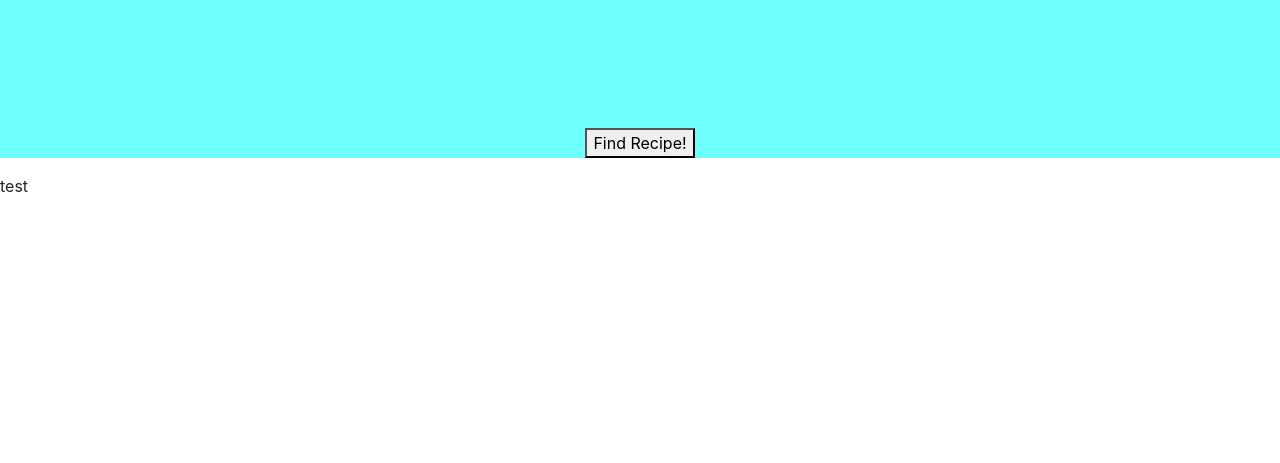
Repository: harness787/recipe-generator
Page: index.html
The author's editor kept a record of every edit. The page is drawn from the files as they stood at one moment, then again after the next edit.
The browser window is 1280 px wide. The pictures show the whole page.
Some web libraries are served in a nearby version.

Above is the page before.

### index.html
<!DOCTYPE html>
<html lang="en">

<head>
    <meta charset="UTF-8">
    <meta name="viewport" content="width=device-width, initial-scale=1.0">
    <meta http-equiv="X-UA-Compatible" content="ie=edge">
    <link rel="stylesheet" href="https://stackpath.bootstrapcdn.com/bootstrap/4.3.1/css/bootstrap.min.css" integrity="sha384-ggOyR0iXCbMQv3Xipma34MD+dH/1fQ784/j6cY/iJTQUOhcWr7x9JvoRxT2MZw1T" crossorigin="anonymous">
    <link rel="stylesheet" href="https://use.fontawesome.com/releases/v5.8.1/css/all.css" integrity="sha384-50oBUHEmvpQ+1lW4y57PTFmhCaXp0ML5d60M1M7uH2+nqUivzIebhndOJK28anvf" crossorigin="anonymous">
    <link rel="stylesheet" href="assets/css/style.css">
    <title>Recipe</title>

</head>

<body>


            <div class="text-center firstpage">
                <button id="btn">Find Recipe!</button>
            </div>

    <div id="title"></div>
    <div id="sourceURL"></div>
    <div id="dishType"></div>
    <div id="sourceURL"></div>
    <div id="totalMinutes">
        <div id="totalTime"></div>
    </div>
    <ul id="ingredients"></ul>
    <div id="instructions">test</div>








</body>
<script type="text/javascript" src="main.js"></script>

</html>

### assets/css/style.css
.firstpage {
    padding-top: 10%;
    width: 100%;
    background-color: #6EFFFF;
}

### main.js
var btn = document.getElementById("btn");
btn.addEventListener("click", function(get) {
  fetch('https://api.spoonacular.com/recipes/random?apiKey=60aa0853120e4465a674f7b85a9ec7e6')
    .then(function(response) {
      return response.json();
    })
    .then(function(data) {
      console.log(data);

      document.getElementById("title").innerHTML = data.recipes[0].title;
      document.getElementById("dishType").innerHTML = data.recipes[0].dishTypes.join(", ");
      document.getElementById("totalTime").innerHTML = data.recipes[0].readyInMinutes;
      document.getElementById("totalMinutes").innerHTML = "Total Time: " + data.recipes[0].readyInMinutes + " minutes";
      document.getElementById("sourceURL").innerHTML = data.recipes[0].sourceUrl;
      document.getElementById("instructions").innerHTML = data.recipes[0].instructions;
      var unorderedList = document.getElementById('ingredients');
      var myElement;
      for (var i = 0; i < data.recipes[0].extendedIngredients[i].originalString.length + data.recipes[0].analyzedInstructions[0].steps[i].step.length; i++) {
        myElement = document.createElement("p");
        document.getElementById("ingredients").innerHTML += data.recipes[0].extendedIngredients[i].original;
        unorderedList.appendChild(myElement);
      }






      //    const arr = ['cat', 'dog', 'fish'];
      //    arr.forEach(element => {
      //      console.log(element);
      //    });







      //fix ingredients ul
      //add instructions
      //add template literal for image links
    })
    .catch(function(err) {
      console.log(err);
    });
});

After the next edit:
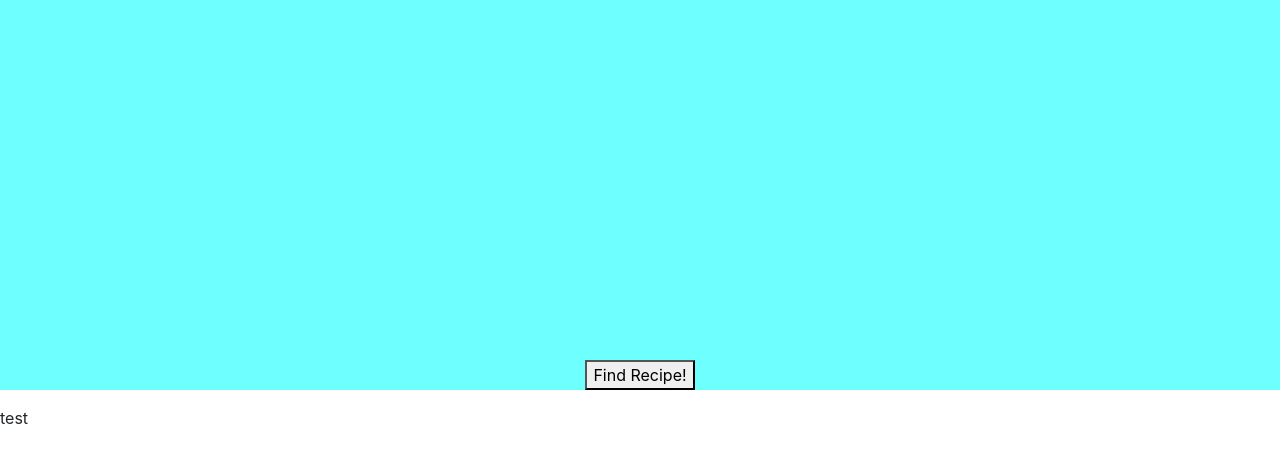
The edit:
--- a/assets/css/style.css
+++ b/assets/css/style.css
@@ -1,5 +1,5 @@
 .firstpage {
-    padding-top: 10%;
+    padding-top: 50vh;
     width: 100%;
     background-color: #6EFFFF;
 }
